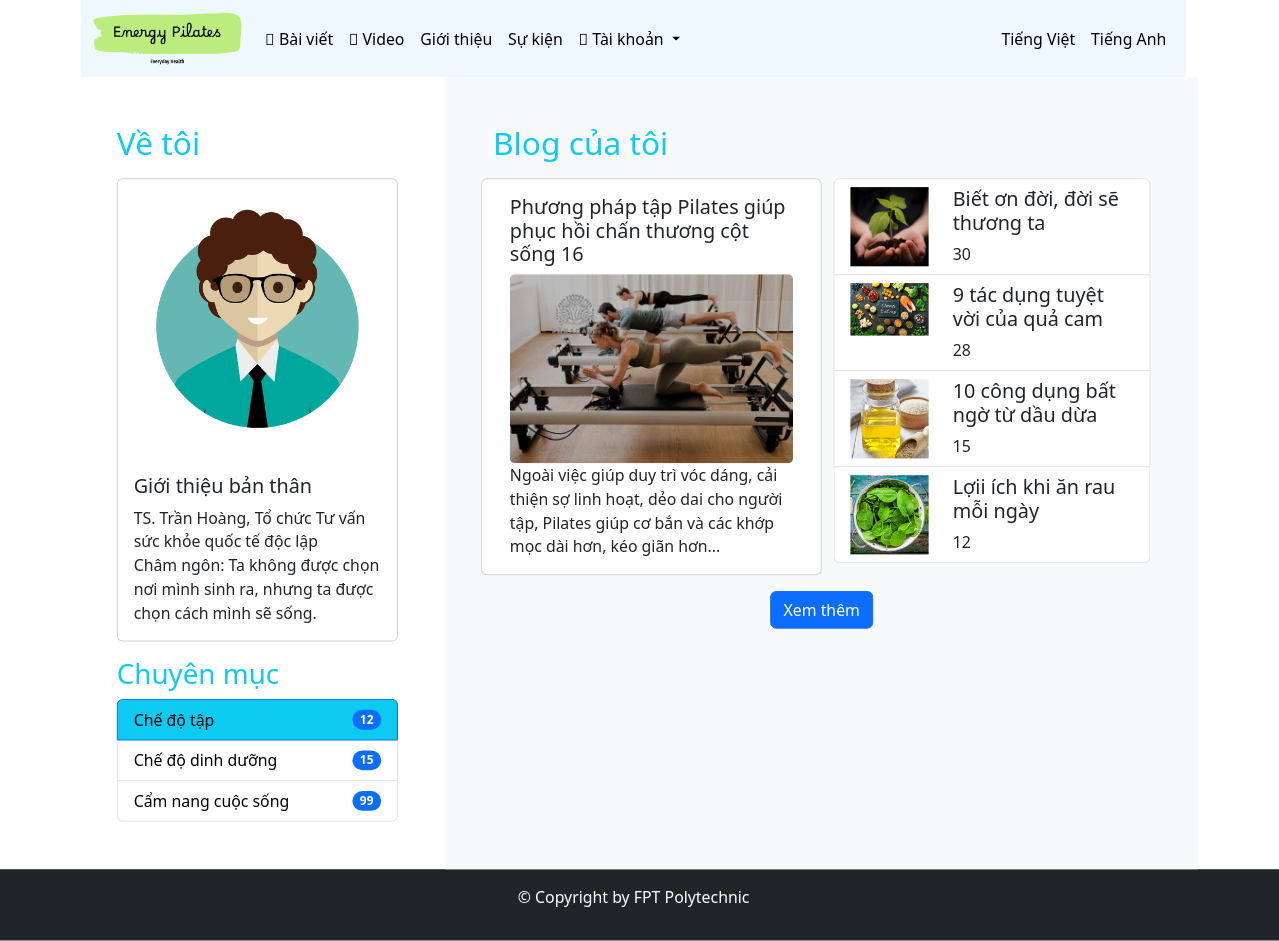
Repository: KizukoHeiwa/SOF308
Page: Lab1/index.html
These files come from the project's save history. The page is drawn as it stood at one moment and after a run of saves; the edit follows.
The browser window is 1280 px wide. The page is 1292 px wide, so the pictures cover 1292 px, including what lies to the right of the window. The pictures show the whole page, at 99% of full size.

Above is the page before, as saved 2024-10-31 10:46:09.

After the next 2 saves:
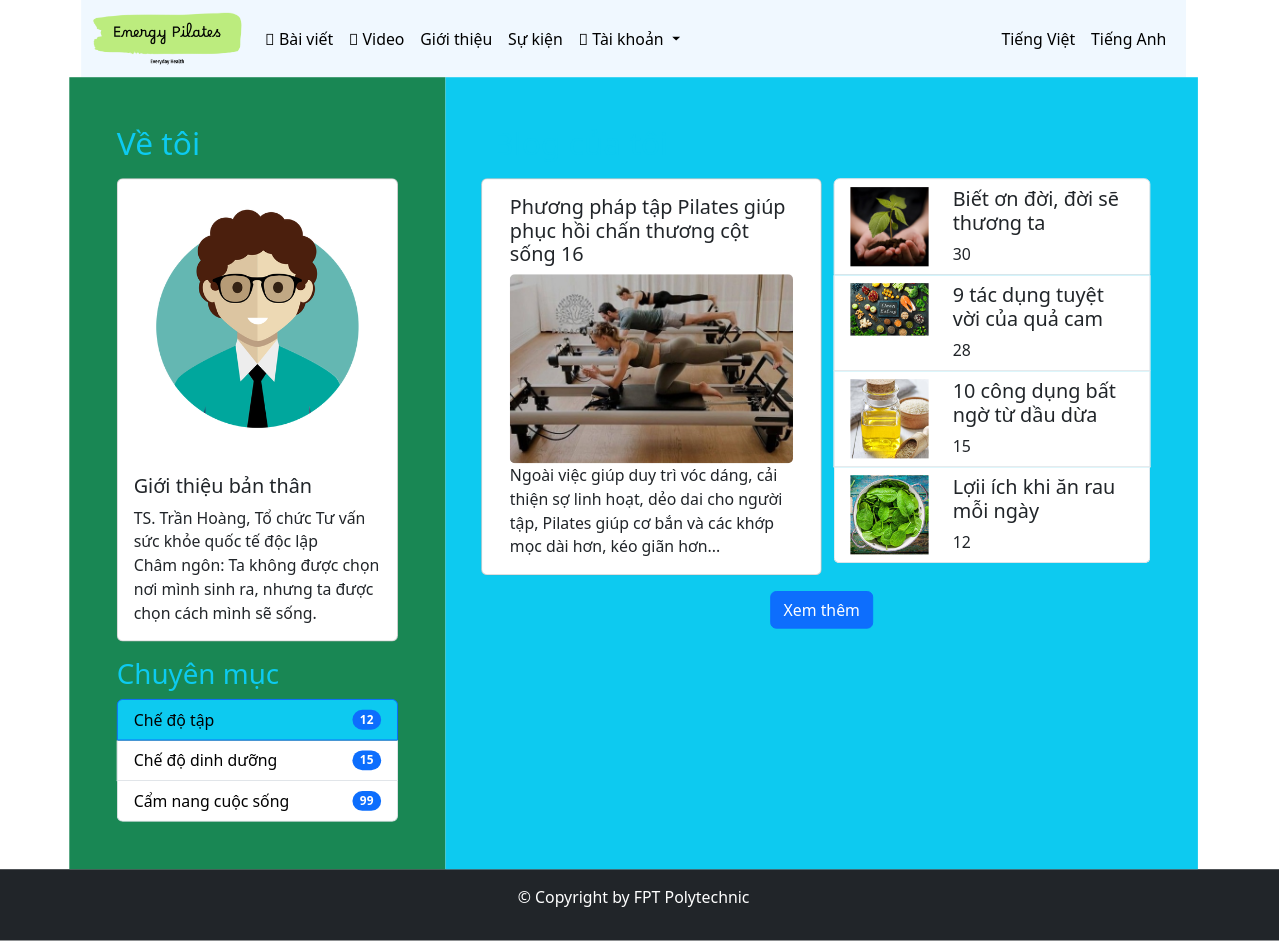
The 2 saves are shown as one change because they came seconds apart.
The last was saved 28 s later.
--- a/Lab1/index.html
+++ b/Lab1/index.html
@@ -79,7 +79,7 @@
             </nav>
         </header>
         <section class="row">
-            <aside class="col-sm-4 p-5">
+            <aside class="col-sm-4 bg-success p-5">
                 <div class="col-sm">
                     <h2 class="text-info mb-3">Về tôi</h2>
                     <div class="card mb-3">
@@ -110,7 +110,7 @@
                     <!-- end Chuyên mục -->
                 </div>
             </aside>
-            <article class="col-sm-8 bg-light p-5">
+            <article class="col-sm-8 bg-info p-5">
                 <div class="row">
                         <h2 class="text-info mb-3">Blog của tôi</h2>
                         <div class="card col-sm-6">
